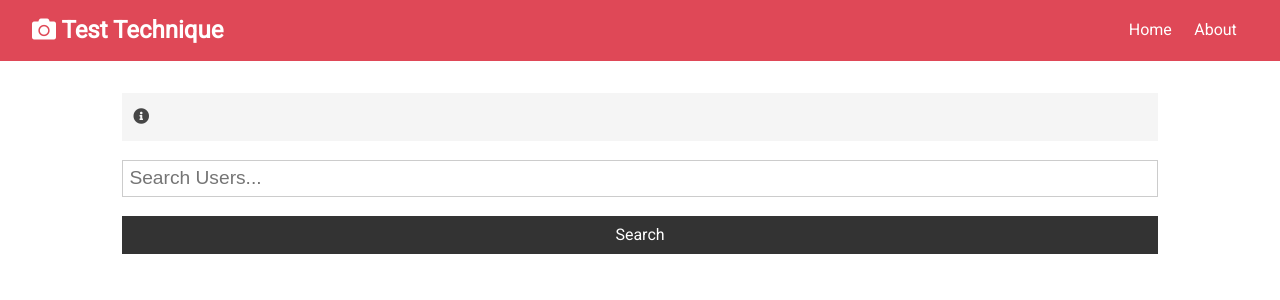
Repository: bafode/test-technique
Page: /
The author's editor kept a copy of each file at every save. The page is drawn from the files as they stood at one save, then again after the next save.
The browser window is 1280 px wide. The pictures show the whole page.
Some web libraries are served in a nearby version. The project was rebuilt for these pictures with package versions that can differ from the ones it lists, and the page was loaded fresh each time. Also part of the build but not shown: src/components/pictures/PictureItem.js, src/components/layout/Spinner.js.

Above is the page before, as saved 2023-06-17 05:08:31.

### public/index.html
<!DOCTYPE html>
<html lang="en">
  <head>
    <meta charset="utf-8" />
    <link rel="shortcut icon" href="%PUBLIC_URL%/favicon.ico" />
    <meta name="viewport" content="width=device-width, initial-scale=1" />
    <meta name="theme-color" content="#000000" />
    <link rel="manifest" href="%PUBLIC_URL%/manifest.json" />
    <link
      rel="stylesheet"
      href="https://use.fontawesome.com/releases/v5.8.2/css/all.css"
      integrity="sha384-oS3vJWv+0UjzBfQzYUhtDYW+Pj2yciDJxpsK1OYPAYjqT085Qq/1cq5FLXAZQ7Ay"
      crossorigin="anonymous"
    />

    <title>Test Tecchnique</title>
  </head>
  <body>
    <noscript>You need to enable JavaScript to run this app.</noscript>
    <div id="root"></div>
  </body>
</html>

### src/App.js
import React,{useState,useEffect} from 'react';
import { Router, Routes, Route } from 'react-router-dom'
import axios from 'axios';
import './App.css';
import Navbar from './components/layout/Navbar'
import Alert from './components/layout/Alert'
import Pictures from './components/pictures/Pictures'
import Search from './components/pictures/Search'

const App = () => {
  const [pictures, setPictures] = useState([])
  const [loading, setLoading] = useState(false)
  const [picture, setPicture] = useState({})
  const [alert, setAlert] = useState([])

  // const getPictures =async() => {
  //   setLoading(true)
  //   const res = await axios.get(`https://pixabay.com/api/?key=17555297-46a99d3dc7abf78679ec9e640`)
  //   setPictures(res.data.hits)
  //   setLoading(false)
  // }

  const searchPictures =async text => {
    setLoading(true)
    const res = await axios.get(`https://pixabay.com/api/?q=${text}&key=${process.env.REACT_APP_API_KEY}`)
    setPictures(res.data.hits)
    setLoading(false)
  }


  const clearPictures =async text => {
    setPictures([])
    setLoading(false)
  }


  //set Alert
  const showAlert=(msg, type)=>{
    setAlert( { msg, type })

    setTimeout(()=>setAlert(null),5000)
  }

  // useEffect(() => {
  //   getPictures()
  // },[])

  return (
    <div className="App">
      <Navbar />
      <div className="container">
      <Alert alert={alert} />
        <Search
          searchPictures={searchPictures}
          clearPicture={clearPictures}
          showClear={pictures.length > 0 ? true : false}
          setAlert={showAlert}
        />
        <Pictures pictures={pictures} loading={loading} />
      </div>
    </div>
  );
}

export default App;

### src/components/layout/Navbar.js
import React from 'react'
import PropTypes from 'prop-types'
//import{Link} from 'react-router-dom'

const Navbar=({icon,title})=> {
    return (
        <nav className='navbar bg-primary'>
            <h1>
                <i className={icon}></i> {title}
            </h1>
            <ul>
                <li>
                    <a href='/'>Home</a>
                </li>
                <li>
                    <a href='/about'>About</a>
                </li>
            </ul>
      </nav>
    )

}

Navbar.defaultProps = {
    title: 'Test Technique',
    icon:'fa fa-camera'
}

Navbar.propTypes = {
    title: PropTypes.string.isRequired,
    icon:PropTypes.string.isRequired
}

export default Navbar

### src/components/layout/Alert.js
import React from 'react'

const Alert=({alert})=> {
  return alert!==null&&(
    <div className={`alert alert-${alert.type}`}>
        <i className="fas fa-info-circle"/> {alert.msg}
    </div>
  )
}

export default Alert

### src/components/pictures/Pictures.js
import React from 'react'
import PictureItem from './PictureItem'
import PropTypes from 'prop-types'
import Spinner from '../layout/Spinner'
const  Pictures=({pictures,loading})=>{

    if (loading) {
        return <Spinner/>
    } else {
        return (
            <div style={pictureStyle}>
                {pictures.map((picture) => (
                    <PictureItem key={picture.id} picture={picture}/>
                ))}
          </div>
        )
    }

  }


const pictureStyle = {
    display: 'grid',
    gridTemplateColumns: 'repeat(3,1fr)',
    gridGap:'1rem'
}
Pictures.propTypes = {
    loading: PropTypes.bool.isRequired,
    pictures:PropTypes.array.isRequired,
}
export default Pictures

### src/components/pictures/Search.js
import React, { useState } from 'react'
import PropTypes from 'prop-types'
const Search = ({showClear,clearPicture,setAlert,searchPictures}) => {
    const [text,setText]=useState("")



    const onSubmit=(e)=> {
        e.preventDefault();
        if (text === '') {
            setAlert('Please enter something', 'light')
        } else {
            searchPictures(text)
             setText('')
        }
    }
    const onChange = (e) => {
        setText(e.target.value)
    }

    return (
        <div>
            <form onSubmit={onSubmit} className="from">
                <input type="text" name="text" placeholder='Search Users...' value={text} onChange={onChange} />
                <input type="submit" value="Search" className='btn btn-dark btn-block' />
            </form>
            {showClear&&<button className="btn btn-light btn-block" onClick={clearPicture}>Clear</button>}
      </div>
    )
  }


Search.propTypes = {
    searchPictures: PropTypes.func.isRequired,
    clearPicture: PropTypes.func.isRequired,
    showClear:PropTypes.bool.isRequired,
}

export default Search

Loaded but not shown: src/index.js (common file); src/App.css (common file)

After the next save:
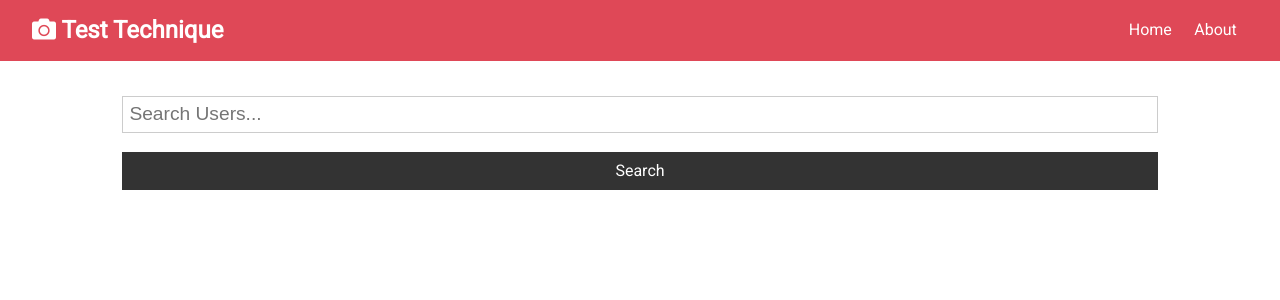
Saved 79 s later.
--- a/src/App.js
+++ b/src/App.js
@@ -11,7 +11,7 @@
   const [pictures, setPictures] = useState([])
   const [loading, setLoading] = useState(false)
   const [picture, setPicture] = useState({})
-  const [alert, setAlert] = useState([])
+  const [alert, setAlert] = useState(null)
 
   // const getPictures =async() => {
   //   setLoading(true)
